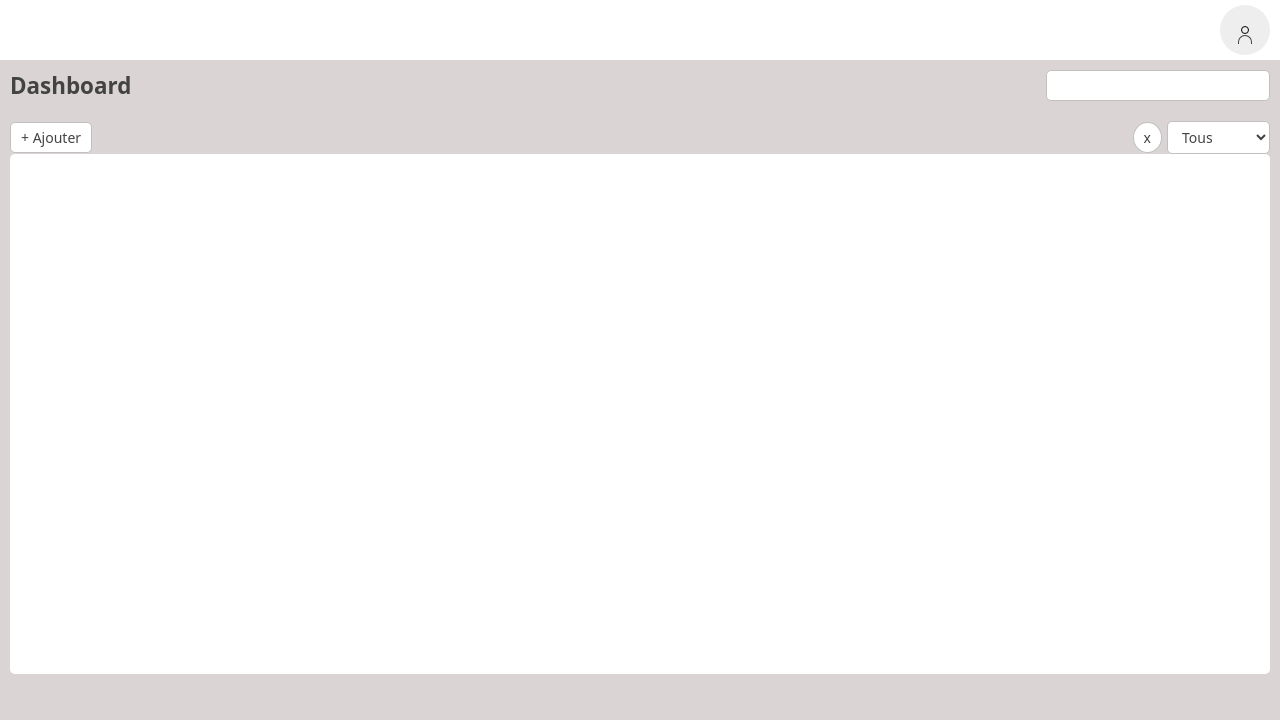
Repository: zpaulange/task_manager
Page: dashboard/index.html
These files come from the project's save history. The page is drawn as it stood at one moment and after the next save; the edit follows.
The browser window is 1280 px wide. The pictures show the whole page.

Above is the page before, as saved 2025-03-06 15:02:42.

### dashboard/index.html
<!DOCTYPE html>
<html lang="en">
<head>
    <meta charset="UTF-8">
    <meta name="viewport" content="width=device-width, initial-scale=1.0">
    <link rel="stylesheet" href="../assets/styles/dashboard/style.css">
    <title>Document</title>
</head>
<body>
  <section class="dashboard">
    <div class="dashboard_right">
      <nav class="dashbaord_nav">
        <a href="#" class="dashbaord_nav_avatar">
          <span></span>
        </a>
      </nav>
      <main class="main">
        <div class="main_header">
          <h1 class="main_header_title">Dashboard</h1>
          <input type="search" name="search" class=" main_header_search">
        </div>
        <div class="main_header_actions">
          <div class="main_header_actions_left">
            <button class="main_header_actions_btn">+ Ajouter</button>
          </div>
          <div class="main_header_actions_right">
            <button class="main_header_actions_right_btnDel">x</button>
            <select name="filter" class="main_header_actions_right_filter" id="">
              <option value="0">Tous</option>
              <option value="1">En cours</option>
              <option value="2">Annulés</option>
              <option value="3">Terminés</option>
            </select>
          </div>
        </div>
        <section class="box box-center">

        </section>
      </main>
    </div>
  </section>

</body>
</html>

### assets/styles/dashboard/style.css
*{
  margin:0;
  padding:0;
  box-sizing: border-box;
  position:relative;
  font-family: system-ui, sans-serif;
  font-size: 14px;
  color:#434343;
}
body{
  overflow-x: hidden;
}
a{
  text-decoration: none;
}
a:active, a:hover{
  color:#434343;
}
img{
  width: 100%;
  height: auto;
}
ul li{
  list-style: none;
}
input[type="search"],
input[type="text"],
input[type="date"]{
  padding:5px 10px;
  border-radius:5px;
  border:1px solid silver
}
input:focus, select:focus{
  outline: none;
}

.dashboard{
  min-height: 100vh;
  background-color: #dbd4d4;
}

.dashboard_right{
  min-height: 100vh;
}
.dashbaord_nav{
  background-color: #fff;
  padding:5px 10px;
  display: flex;
  align-items:center;
  justify-content: flex-end;
  z-index: 1000;
  position: sticky;
  top:0;
  left:0;
}
.dashbaord_nav_avatar{
  display: flex;
  align-items: center;
  justify-content: center;
  height:50px;
  width: 50px;
  border-radius:50%;
  background-color: #eee;

}
.dashbaord_nav_avatar span{
  display: inline-block;
  height: 8px;
  width: 8px;
  border-radius:50%;
  border:1px solid #000
}
.dashbaord_nav_avatar span:before{
  content:'';
  position: absolute;
  height: 8px;
  width: 12px;
  border:1px solid;
  left:50%;
  transform: translateX(-50%);
  top:8px;
  border-bottom: none;
  border-top-left-radius: 10px;
  border-top-right-radius: 10px;
}

.main{
  padding:10px;
}
.main_header_title{
  font-size: 1.6rem;
}
.box{
  min-height: calc(100vh - 200px);
  background-color: #fff;
  border-radius:5px;
  padding:10px;
}
.box.box-center{
  display: flex;
  align-items:center;
  justify-content: center;
}

.main_header{
  display: flex;
  justify-content: space-between;
  align-items:center;
  margin-bottom:20px;
}
.main_header_actions{
  display: flex;
  justify-content: space-between;
  align-items:center;
}
.main_header_actions_btn{
  padding:5px 10px;
  border-radius:5px;
  border:1px solid silver;
  background-color: #fff;
  cursor: pointer;
  transition: .2s;
}
.main_header_actions_btn:hover{
  background-color:blue;
  color:#fff;
}
.main_header_actions_right{
  display: flex;
  align-items:center;
  gap:5px;
}
.main_header_actions_right_btnDel{
  padding:5px 10px;
  border-radius:50%;
  border:1px solid silver;
  background-color: #fff;
  cursor: pointer;
  transition: .2s;
  cursor:pointer;
}
.main_header_actions_right_btnDel:hover{
  background-color:red;
  color:#fff;
}
.main_header_actions_right_filter{
  padding:5px 10px;
  border-radius:5px;
  border:1px solid silver;
  background-color: #fff;
}

After the next save:
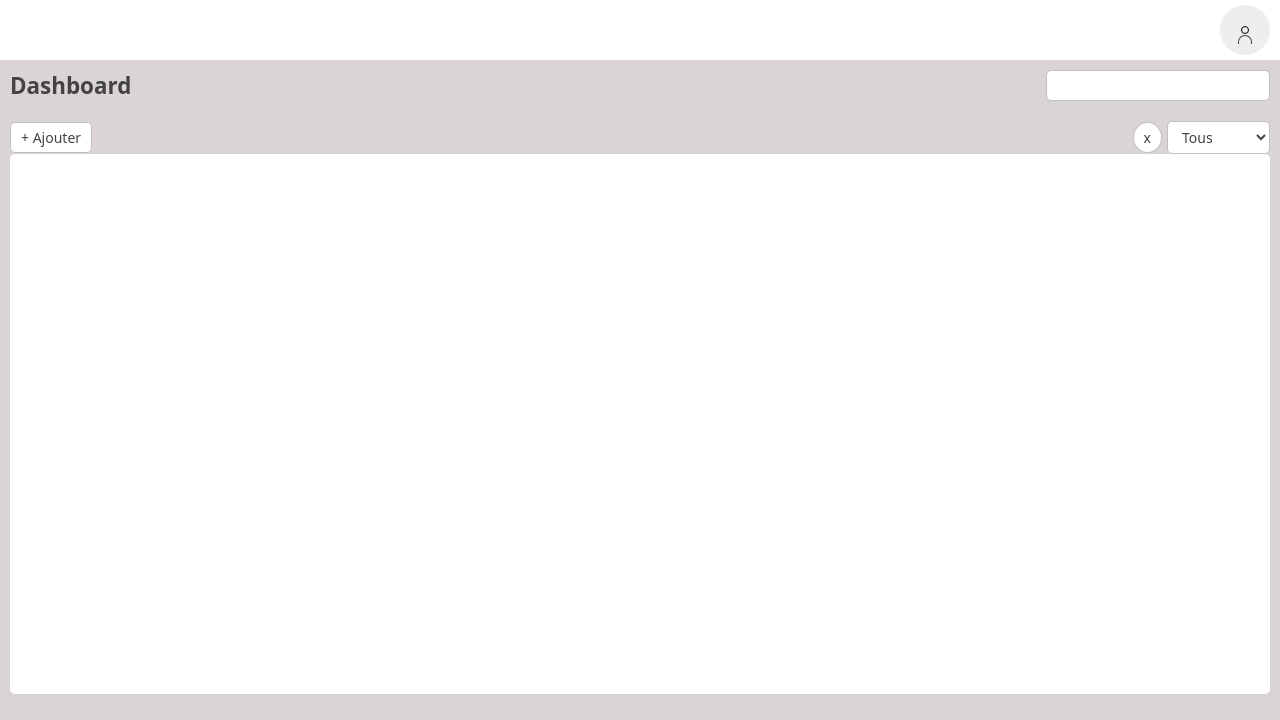
Saved 8 s later.
--- a/assets/styles/dashboard/style.css
+++ b/assets/styles/dashboard/style.css
@@ -91,7 +91,7 @@ input:focus, select:focus{
   font-size: 1.6rem;
 }
 .box{
-  min-height: calc(100vh - 200px);
+  min-height: calc(100vh - 180px);
   background-color: #fff;
   border-radius:5px;
   padding:10px;
